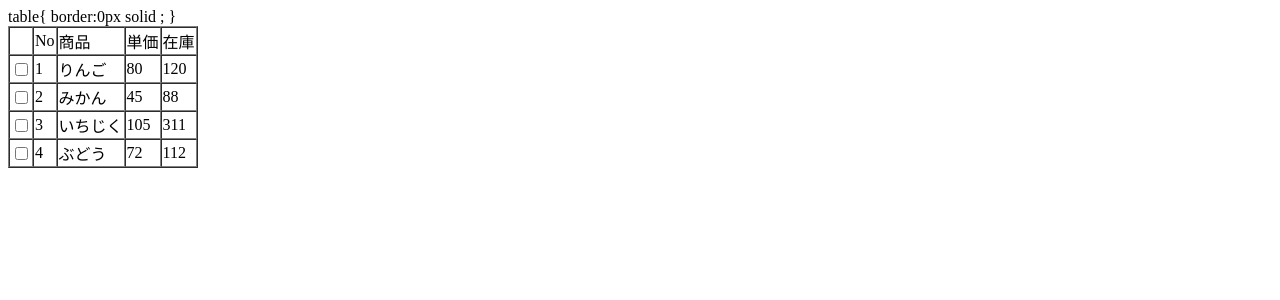
Repository: nathox/backup
Page: http://localhost/Favorite/s.jsp
The author's editor kept a copy of each file at every save. The page is drawn from the files as they stood at one save, then again after the next save.
The browser window is 1280 px wide. The pictures show the whole page.
The page is served by Tomcat 9. Other server files are loaded and not shown.

Above is the page before, as saved 2018-02-07 07:42:44.

### Favorite/WebContent/s.jsp
<%@ page language="java" contentType="text/html; charset=UTF-8"
    pageEncoding="UTF-8"%>
<!DOCTYPE html PUBLIC "-//W3C//DTD HTML 4.01 Transitional//EN" "http://www.w3.org/TR/html4/loose.dtd">
<html>
<head>



<meta http-equiv="Content-Type" content="text/html; charset=UTF-8">
<title>Insert title here</title>

table{
border:0px solid ;

}




</head>
<body>

 <table border="1" cellspacing="0">
        <thead id="hoge-head">
            <tr>
                <td></td>
                <td>No</td>
                <td>商品</td>
                <td>単価</td>
                <td>在庫</td>
            </tr>
        </thead>
        <tbody id="hoge-body">
            <tr>
                <td><input type="checkbox"></td>
                <td>1</td>
                <td>りんご</td>
                <td>80</td>
                <td>120</td>
            </tr>
            <tr>
                <td><input type="checkbox"></td>
                <td>2</td>
                <td>みかん</td>
                <td>45</td>
                <td>88</td>
            </tr>
            <tr>
                <td><input type="checkbox"></td>
                <td>3</td>
                <td>いちじく</td>
                <td>105</td>
                <td>311</td>
            </tr>
            <tr>
                <td><input type="checkbox"></td>
                <td>4</td>
                <td>ぶどう</td>
                <td>72</td>
                <td>112</td>
            </tr>
        </tbody>
    </table>











</body>
</html>

After the next save:
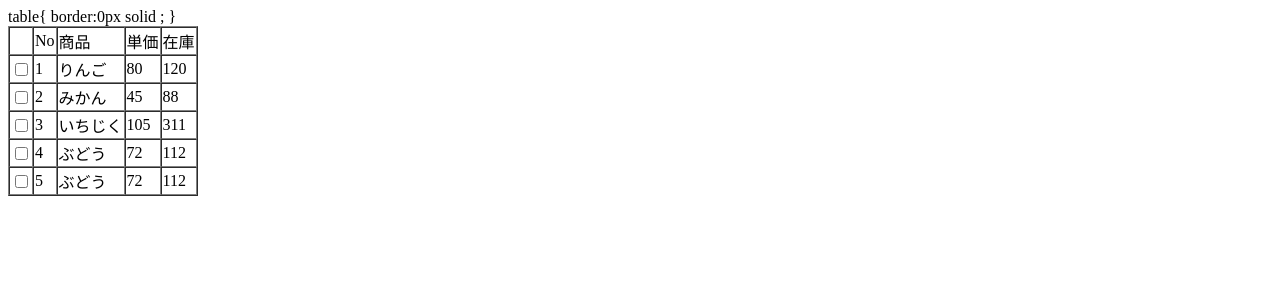
Saved 6 min 10 s later.
--- a/Favorite/WebContent/s.jsp
+++ b/Favorite/WebContent/s.jsp
@@ -59,6 +59,15 @@
                 <td>72</td>
                 <td>112</td>
             </tr>
+
+            <tr>
+                <td><input type="checkbox"></td>
+                <td>5</td>
+                <td>ぶどう</td>
+                <td>72</td>
+                <td>112</td>
+            </tr>
+
         </tbody>
     </table>
 
